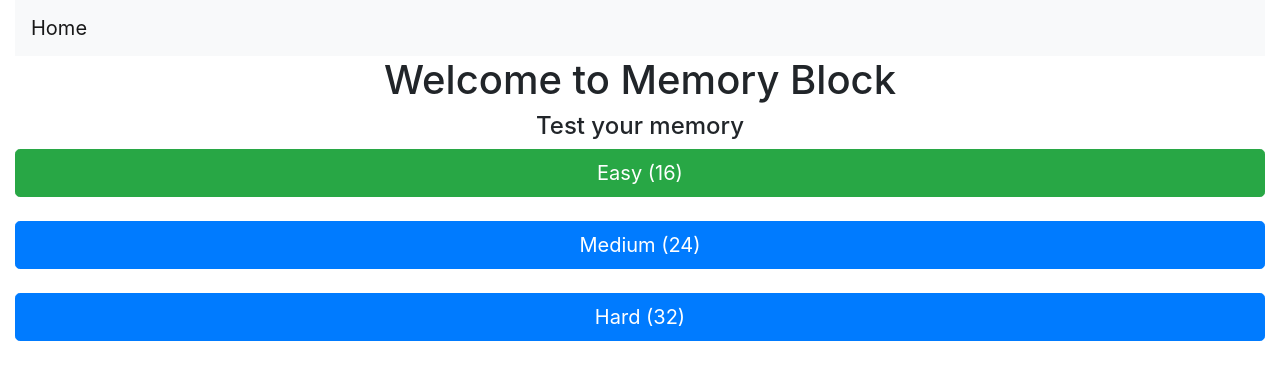
Repository: chrisrees85/memory-block
Page: index.html
The author's editor kept a record of every edit. The page is drawn from the files as they stood at one moment, then again after the next edit.
The browser window is 1280 px wide. The pictures show the whole page.

Above is the page before.
Console error: TypeError: Cannot set properties of null (setting 'innerHTML')

### index.html
<!DOCTYPE html>
<html lang="en">

<head>
    <meta charset="UTF-8">
    <meta name="viewport" content="width=device-width, initial-scale=1.0">
    <meta http-equiv="X-UA-Compatible" content="ie=edge">
    <title>Memory Block</title>
    <link rel="stylesheet" href="https://stackpath.bootstrapcdn.com/bootstrap/4.3.1/css/bootstrap.min.css" integrity="sha384-ggOyR0iXCbMQv3Xipma34MD+dH/1fQ784/j6cY/iJTQUOhcWr7x9JvoRxT2MZw1T" crossorigin="anonymous">
    <link rel="stylesheet" href="assets/css/style.css" type="text/css" />
</head>

<body>
    <div class="container-fluid">
        <nav class="navbar navbar-light bg-light">
            <a class="navbar-brand" href="index.html">Home</a>
        </nav>


        <div class="row">
            <div class="col">
                <h1 class="center">Welcome to Memory Block</h1>
            </div>
        </div>
        <div class="row">
            <div class="col">
                <h4 class="center">Test your memory</h4>
            </div>
        </div>

        <div class="row">
            <div class="col">
                <a href="easy.html" class="btn btn-success btn-lg btn-block center-btn" id="easy-btn">Easy (16)</a>
            </div>
        </div>
        </br>
        <div class="row">
            <div class="col">
                <a href="medium.html" class="btn btn-primary btn-lg btn-block center-btn" id="medium-btn">Medium (24)</a>
            </div>
        </div>
        </br>
        <div class="row">
            <div class="col">
                <a href="hard.html" class="btn btn-primary btn-lg btn-block center-btn" id="hard-btn">Hard (32)</a>
            </div>
        </div>
    </div>

    <script src="https://code.jquery.com/jquery-3.3.1.slim.min.js" integrity="sha384-q8i/X+965DzO0rT7abK41JStQIAqVgRVzpbzo5smXKp4YfRvH+8abtTE1Pi6jizo" crossorigin="anonymous"></script>
    <script src="https://cdnjs.cloudflare.com/ajax/libs/popper.js/1.14.7/umd/popper.min.js" integrity="sha384-UO2eT0CpHqdSJQ6hJty5KVphtPhzWj9WO1clHTMGa3JDZwrnQq4sF86dIHNDz0W1" crossorigin="anonymous"></script>
    <script src="https://stackpath.bootstrapcdn.com/bootstrap/4.3.1/js/bootstrap.min.js" integrity="sha384-JjSmVgyd0p3pXB1rRibZUAYoIIy6OrQ6VrjIEaFf/nJGzIxFDsf4x0xIM+B07jRM" crossorigin="anonymous"></script>
    <script type="text/javascript" src="assets/js/scripts.js"></script>
</body>

</html>

### assets/css/style.css
*{
  padding: 0;
  margin: 0;
  box-sizing: border-box;
}

.center{
    text-align: center;
}

.board{
  width:80vw;
  margin: auto;
}

.tiles{
  background-color: lightblue;
  height:80px;
  border:2px solid black;
  border-radius: 5px;
  margin:1px;
}

.btn-right{
  float:right;
}

#btn,
#play-btn{
  width:26vw;
}

### assets/js/scripts.js
let tiles = Array.from(document.querySelectorAll('.tiles'));
let buttonDiv = document.getElementById('btn');
let tilesLength = tiles.length;
let score = 0;

// First function of the play button

function startButton() {
    buttonDiv.innerHTML = '<button type="button" class="btn btn-primary btn-lg" id="play-btn" onclick="onClick();">Start</button>';
}
startButton();

// Function performs when first button function is pressed

function onClick() {
    // Renders the button inactive so the user can't keep calling onClick function
    buttonDiv.innerHTML = '<button type="button" class="btn btn-primary btn-lg" id="play-btn">Timer Started</button>';

    // Countdown timer shown in the button text
    // Once time is up the buttons function changes to check users attempt
    let timeleft = 5;
    let countdownTimer = setInterval(function() {
        buttonDiv.innerHTML = '<button type="button" class="btn btn-primary btn-lg" id="play-btn"></button>';
        document.getElementById('play-btn').textContent = timeleft;
        timeleft -= 1;
        if (timeleft < 0) {
            clearInterval(countdownTimer);
            buttonDiv.innerHTML = '<button type="button" class="btn btn-primary btn-lg" id="play-btn" onclick="checkAttempt();" data-toggle="modal" data-target="#exampleModal">Check</button>';
        }
    }, 1000);

    // Shuffles the tiles array into a random order
    let i = tilesLength,
        rand, temp;
    while (--i > 0) {
        rand = Math.floor(Math.random() * (i + 1));
        temp = tiles[rand];
        tiles[rand] = tiles[i];
        tiles[i] = temp;
    }

    // Selects half of the shuffled array and adds the color class
    let bottomHalfTiles = tiles.slice(tilesLength / 2, tilesLength);
    bottomHalfTiles.forEach(function(i) {
        i.classList += (' green');
    });

    // Replaces the color class with an unused class after 6 seconds
    function clearBoard() {
        bottomHalfTiles.map(function(i) {
            i.classList.replace('green', 'in-play');
        });
    }
    setTimeout(clearBoard, 6000);
    console.log(tiles);

    // Activates the users ability to click and change the block color 6 seconds after the start button is pressed
    function allowUserClick() {
        tiles.forEach(function(i) {
            i.addEventListener('click', tileClicked);
        });

        function tileClicked() {
            this.classList.toggle('green');
        }
    }
    setTimeout(allowUserClick, 6000);
}


// Function checks the users answers on clicking the check button and displays a modal
function checkAttempt() {
    let modalBtn = document.getElementById('modal-btn');

    // Loops through the tiles array and increments 1 to the score if a condition is true
    function checkClasses() {
        tiles.forEach(function(it) {
            if ((it.classList.contains('in-play')) && (it.classList.contains('green'))) {
                score++;
            }
            else if ((it.classList.contains('tiles')) && (it.classList.contains('green')) && !(it.classList.contains('in-play'))) {
                score = tilesLength;
            }
        });
    }
    checkClasses();

    // Modal either gives a yes or no answer as to whether the user has succeeded
    if (score == tilesLength / 2) {
        document.getElementById('modal-head').textContent = ('CONGRATULATIONS');
        document.getElementById('modal-text').textContent = ('Your memory served you well');
        modalBtn.innerHTML = '<button type="button" class="btn btn-secondary" onclick="location.reload();">Play Again</button>';
    }else {
        document.getElementById('modal-head').textContent = ('OOPS, SORRY');
        document.getElementById('modal-text').textContent = ('Would you like to try again or Start New Game');
        modalBtn.innerHTML = '<button type="button" class="btn btn-secondary" data-dismiss="modal" onclick="reveal();">Reveal</button>';
    }
    // resets the score to 0 to keep the users attempt accurate
    score = 0;
}

function reveal(){
    revealStageTwo
    tiles.forEach(function(it){
        it.classList.remove('green');
    });
}

After the next edit:
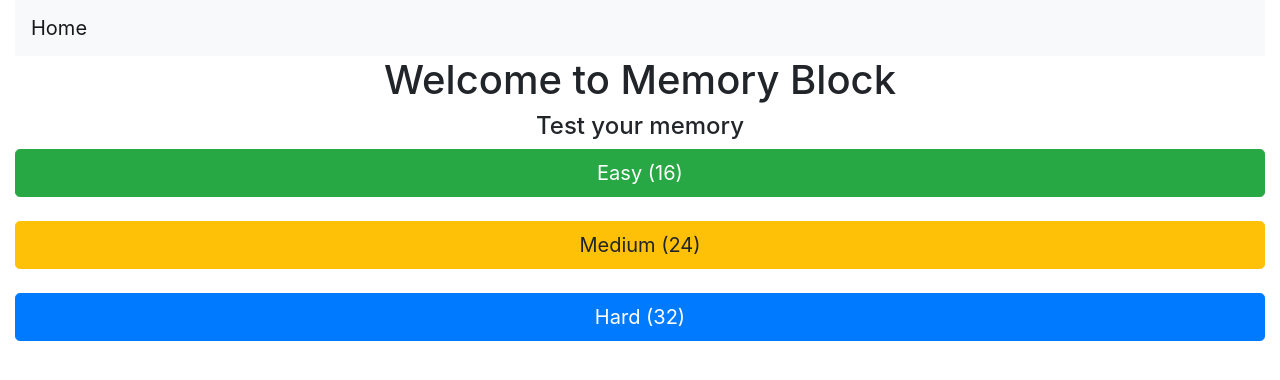
The edit:
--- a/index.html
+++ b/index.html
@@ -36,7 +36,7 @@
         </br>
         <div class="row">
             <div class="col">
-                <a href="medium.html" class="btn btn-primary btn-lg btn-block center-btn" id="medium-btn">Medium (24)</a>
+                <a href="medium.html" class="btn btn-warning btn-lg btn-block center-btn" id="medium-btn">Medium (24)</a>
             </div>
         </div>
         </br>
